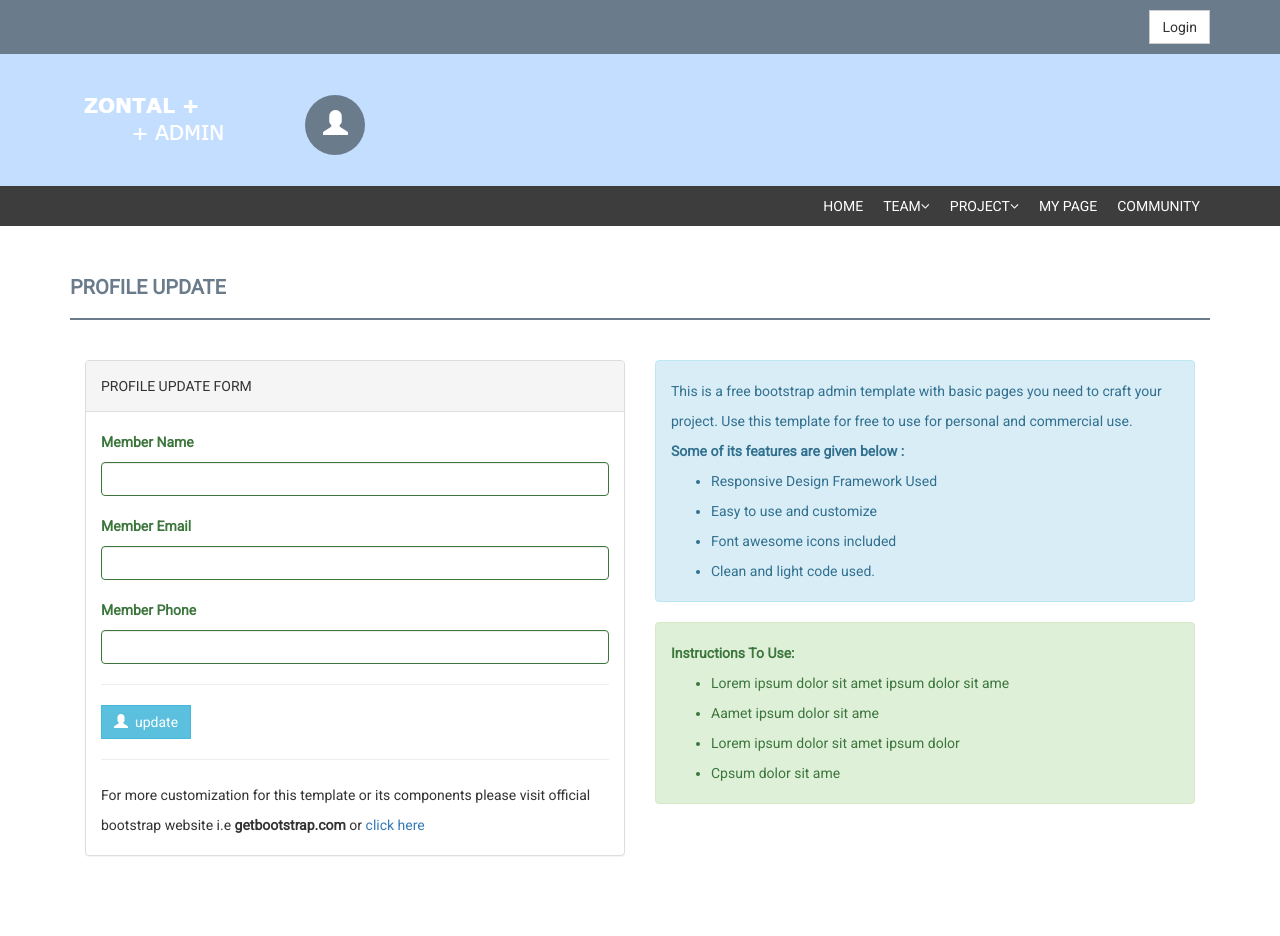
Repository: hwju91/skuniv
Page: http://localhost/0903.2/WEB-INF/jsp/mypage/profileupdateform.jsp
The author's editor kept a copy of each file at every save. The page is drawn from the files as they stood at one save, then again after the next save.
The browser window is 1280 px wide. The pictures show the whole page.
The page is served by Tomcat 9. Nobody is signed in. Other server files are loaded and not shown. The template is opened directly, without the code that normally fills it, so the values that code supplies are empty.

Above is the page before, as saved 2016-09-09 16:01:30.

### 0903.2/WebContent/WEB-INF/jsp/mypage/profileupdateform.jsp
<%@ page language="java" contentType="text/html; charset=UTF-8"
    pageEncoding="UTF-8"%>
    <%@taglib prefix="c" uri="http://java.sun.com/jsp/jstl/core"%>
<jsp:include page="../header_basic.jsp" />
<jsp:include page="../nav.jsp" />
<jsp:include page="../menu_mypage.jsp" />
<!DOCTYPE html PUBLIC "-//W3C//DTD HTML 4.01 Transitional//EN" "http://www.w3.org/TR/html4/loose.dtd">
<html>
<head>
<meta http-equiv="Content-Type" content="text/html; charset=UTF-8">
<title>Insert title here</title>
</head>
<body>

${member }
					<div class="row">
						<div class="col-md-12">
							<h4 class="page-head-line">profile update</h4>
						</div>
					</div>
			  					<div class="col-md-6">
			                        <div class="panel panel-default">
			                        <div class="panel-heading">
			                          PROFILE UPDATE FORM
			                        </div>
			                        <div class="panel-body">
                            			<form action="profileupdate" method="post">

                                        <div class="form-group has-success">
                                            <label class="control-label" for="success">Member Name</label>
                                            <input type="text" class="form-control" name="name" id="success" value="${member.name}"/>
                                        </div>
                                        <div class="form-group has-success">
                                            <label class="control-label" for="success">Member Email</label>
                                            <input type="text" class="form-control" name="email" id="success" value="${member.email}"/>
                                        </div>
                                        <div class="form-group has-success">
                                            <label class="control-label" for="success">Member Phone</label>
                                            <input type="text" class="form-control" name="phone" id="success" value="${member.phone}"/>
                                        </div>


                                        <hr/>
                                        <button type="submit" class="btn btn-info"><span class="glyphicon glyphicon-user"></span> &nbsp;update</button>&nbsp;
                                    </form>
                            <hr />



                            For more customization for this template or its components please
                             visit official bootstrap website i.e <strong> getbootstrap.com </strong> or
                            <a href="http://getbootstrap.com/css/#forms" target="_blank">click here</a>

                        </div>
                            </div>
                        </div>
                         <div class="col-md-6">
                    <div class="alert alert-info">
                        This is a free bootstrap admin template with basic pages you need to craft your project.
                        Use this template for free to use for personal and commercial use.
                        <br />
                         <strong> Some of its features are given below :</strong>
                        <ul>
                            <li>
                                Responsive Design Framework Used
                            </li>
                            <li>
                                Easy to use and customize
                            </li>
                            <li>
                                Font awesome icons included
                            </li>
                            <li>
                                Clean and light code used.
                            </li>
                        </ul>

                    </div>
                    <div class="alert alert-success">
                         <strong> Instructions To Use:</strong>
                        <ul>
                            <li>
                               Lorem ipsum dolor sit amet ipsum dolor sit ame
                            </li>
                            <li>
                                 Aamet ipsum dolor sit ame
                            </li>
                            <li>
                               Lorem ipsum dolor sit amet ipsum dolor
                            </li>
                            <li>
                                 Cpsum dolor sit ame
                            </li>
                        </ul>

                    </div>
                </div>

</body>
</html>

### 0903.2/WebContent/WEB-INF/jsp/header_basic.jsp
<%@ page language="java" contentType="text/html; charset=UTF-8"
    pageEncoding="UTF-8"%>
<!DOCTYPE html PUBLIC "-//W3C//DTD HTML 4.01 Transitional//EN" "http://www.w3.org/TR/html4/loose.dtd">
<html>
<head>
    <title>Winder</title>

    <link href="css/bootstrap.css" rel="stylesheet" />
    <link href="css/font-awesome.css" rel="stylesheet" />
    <link href="css/style.css" rel="stylesheet" />
    <!-- <link rel="stylesheet" href="https://cdnjs.cloudflare.com/ajax/libs/ionicons/2.0.1/css/ionicons.min.css"> -->

</head>
</head>

### 0903.2/WebContent/WEB-INF/jsp/nav.jsp
<%@ page language="java" contentType="text/html; charset=UTF-8"
    pageEncoding="UTF-8"%>
<body>
    <header>
        <div class="container">
            <div class="row">
                <div class="col-md-12">
                    <!-- <strong>Email: </strong>info@yourdomain.com
                    &nbsp;&nbsp;
                    <strong>Support: </strong>+90-897-678-44 -->
                    <%
                    if("loginok".equals((String)session.getAttribute("loginchk"))){
                    	%>
                    	<a class="btn btn-default" href="logout">Logout</a>
                    <%}
                    else{
                    %>
                    	<a class="btn btn-default" href="login">Login</a>
                    <% }%>

                </div>

            </div>
        </div>
    </header>
    <!-- HEADER END-->
    <div class="navbar navbar-inverse set-radius-zero">
        <div class="container">
            <div class="navbar-header">
                <button type="button" class="navbar-toggle" data-toggle="collapse" data-target=".navbar-collapse">
                    <span class="icon-bar"></span>
                    <span class="icon-bar"></span>
                    <span class="icon-bar"></span>
                </button>
                <a class="navbar-brand" href="index.html">
                    <img src="img/logo.png" />
                </a>

            </div>

            <div class="left-div">
                <div class="user-settings-wrapper">
                    <ul class="nav">

                        <li class="dropdown">
                            <a class="dropdown-toggle" data-toggle="dropdown" href="#" aria-expanded="false">
                                <span class="glyphicon glyphicon-user" style="font-size: 25px;"></span>
                            </a>
                            <div class="dropdown-menu dropdown-settings" style="color: #fff">
                                <div class="media">
                                    <a class="media-left" href="#">
                                        <img src="img/64-64.jpg" alt="" class="img-rounded" />
                                    </a>
                                    <div class="media-body">
                                        <h4 class="media-heading">Jhon Deo Alex </h4>
                                        <h5>Developer & Designer</h5>

                                    </div>
                                </div>
                                <hr />
                                <h5><strong>Personal Bio : </strong></h5>
                                Anim pariatur cliche reprehen derit.
                                <hr />
                                <a href="#" class="btn btn-info btn-sm">Full Profile</a>&nbsp; <a href="login.html" class="btn btn-danger btn-sm">Logout</a>

                            </div>
                        </li>


                    </ul>
                </div>
            </div>
        </div>
    </div>
    <!-- LOGO HEADER END-->

### 0903.2/WebContent/WEB-INF/jsp/menu_mypage.jsp
<%@ page language="java" contentType="text/html; charset=UTF-8"
    pageEncoding="UTF-8"%>
<%@taglib prefix="c"  uri="http://java.sun.com/jsp/jstl/core" %>
<section class="menu-section">
        <div class="container">
            <div class="row">
                <div class="col-md-12">
                    <div class="navbar-collapse collapse ">
                        <ul id="menu-top" class="nav navbar-nav navbar-right">
                            <li><a class="menu-top" href="home">Home</a></li>
                            <li class="dropdown">
                                <a href="#" class="dropdown-toggle" data-toggle="dropdown">Team<i class="fa fa-angle-down"></i></a>
                                <ul class="dropdown-menu">
                                    <li><a href="teamCreateform">팀 생성</a></li>
                                    <c:forEach items="${teammenu }" var="tmenu">
                                    <li><a href="projectlist?tno=${tmenu.tno }">${tmenu.name }</a></li>
                                    </c:forEach>
                                </ul>
                            </li>
                            <li class="dropdown">
                                <a href="#" class="dropdown-toggle" data-toggle="dropdown">Project<i class="fa fa-angle-down"></i></a>
                                <ul class="dropdown-menu">
                                    <li><a href="projectform">프로젝트 생성</a></li>
                                    <c:forEach items="${projectmenu }" var="pmenu">
                                    <li><a href="projectmain?pno=${pmenu.pno }">${pmenu.name }</a></li>
                                    </c:forEach>
                                </ul>
                            </li>
                             <li><a class="menu-top" href="mypage">My Page</a></li>
							 <li><a href="communitylist">Community</a></li>
                        </ul>
                    </div>
                </div>

            </div>
        </div>
    </section>
    <!-- MENU SECTION END-->
    <div class="content-wrapper">
        <div class="container">

### 0903.2/WebContent/css/style.css

/*=============================================================
    Authour URL: www.designbootstrap.com

    http://www.designbootstrap.com/

    License: MIT

    http://opensource.org/licenses/MIT

    100% Free To use For Personal And Commercial Use.

    IN EXCHANGE JUST TELL PEOPLE ABOUT THIS WEBSITE

========================================================  */


/* =============================================================
   GENERAL STYLES
 ============================================================ */

@import url(http://fonts.googleapis.com/css?family=Roboto); /* FREE GOOGLE FONT */

body {
    font-family: 'Roboto', sans-serif;
    line-height: 30px;
}

.set-radius-zero {
    border-radius: 0px;
    -moz-border-radius: 0px;
    -webkit-border-radius: 0px;
}

.content-wrapper {
    margin-top: 40px;
    min-height: 600px;
    padding-bottom: 60px;
}

.page-head-line {
    font-weight: 900;
    padding-bottom: 20px;
    border-bottom: 2px solid #6A7B8B;
    text-transform: uppercase;
    color: #6A7B8B;
    font-size: 20px;
    margin-bottom: 40px;
}

.btn {
    border-radius: 0px;
    -webkit-border-radius: 0px;
    -moz-border-radius: 0px;
}

.progress {
    height: 8px;
    border-radius: 0px;
    -webkit-border-radius: 0px;
    -moz-border-radius: 0px;
}
.login-icon {
    height: 60px;
width: 60px;
padding: 13px;
border-radius: 50%;
font-size: 30px;
margin-bottom: 20px;
color: #fff;
text-align: center;
cursor:pointer;
background-color:#6A7B8B;
-webkit-border-radius:50%;
    -moz-border-radius:50%;
}
/* =============================================================
   HEADER SECTION STYLES
 ============================================================ */
header {
    background-color: #6A7B8B;
    color: #fff;
    padding: 10px;
    text-align: right;
}


/* =============================================================
   LOGO SECTION STYLES
 ============================================================ */
.left-div {
    padding-left: 30px;
    margin-top: 40px;
    margin-bottom: 30px;
}

.navbar-brand {
    width: 250px;
    padding-top: 30px;
}

/* USER SETTINGS DIV */
.user-settings-wrapper .nav > li > a {
    position: relative;
    display: block;
    padding: 15px 18px;
    border-radius: 50%;
    -webkit-border-radius: 50%;
    -moz-border-radius: 50%;
    height: 60px;
    width: 60px;
    background-color: #6A7B8B;
    color: #fff;
}

.user-settings-wrapper {
    margin-top: 10px;
}

    .user-settings-wrapper li {
        display: inline-block;
    }

    .user-settings-wrapper .dropdown-settings {
        width: 200px;
        padding: 10px;
    }

    .user-settings-wrapper .nav > li > a:hover,.user-settings-wrapper .nav > li > a:focus {
        text-decoration: none;
        background-color: #C4DEFF!important;
    }

    .user-settings-wrapper img {
        height: 64px;
        width: 64px;
        border: 1px solid #000000;
    }

    .user-settings-wrapper .dropdown-menu {
        margin: 0px;
        border-radius: 0px!important;
        -moz-border-radius: 0px!important;
        -webkit-border-radius: 0px!important;
    }

    .user-settings-wrapper .btn {
        border-radius: 0px!important;
        -moz-border-radius: 0px!important;
        -webkit-border-radius: 0px!important;
    }

    .user-settings-wrapper .media-heading {
        padding-top: 10px;
    }

/* MENU LINKS SECTION*/

.menu-section {
    background-color: #3D3D3D;
}

#menu-top a {
    color: #FFF;
    text-decoration: none;
    font-weight: 500;
    padding: 10px 10px 10px 10px;
    text-transform: uppercase;
}

.menu-top-active {
    background-color: #C4DEFF;
}

.menu-section .nav > li > a:hover,.menu-section .nav > li > a:focus {
    background-color: #6A7B8B!important;
}

.menu-section .dropdown-menu > li > a:hover,.menu-section .dropdown-menu > li > a:focus {
    background-color: #6A7B8B!important;
}

.navbar-inverse {
    background-color: #C4DEFF;
    border-color: transparent;
}

.navbar-toggle {
    background-color: #6A7B8B;
    border: 1px solid #fff;
}

.navbar {
    margin-bottom: 0px;
}
/* =============================================================
   FOOTER SECTION STYLES
 ============================================================ */
footer {
    padding: 10px;
    color: #fff;
    font-size: 12px;
    background-color: #C4DEFF;
}

    footer a, footer a:hover {
        color: #fff;
        text-decoration: none;
    }

/*==============================================
    DASHBOARD  STYLES
 =============================================*/

/* DASHBOARD ICONS */

.bk-clr-one {
    background-color: #B9B739;
}

.bk-clr-two {
    background-color: #F94C4C;
}

.bk-clr-three {
    background-color: #119c7e;
}

.bk-clr-four {
    background-color: #b739b9;
}

.dashboard-div-icon {
    height: 75px;
    width: 75px;
    border: 2px solid #fff;
    padding: 20px;
    border-radius: 50%;
    -webkit-border-radius:50%;
    -moz-border-radius:50%;
    font-size: 30px;
    margin-bottom: 20px;
    color: #fff;
}

.dashboard-div-wrapper {
    border-radius: 5px;
    text-align: center;
    padding: 15px;
    color: #fff;
    margin-bottom: 50px;
}

    .dashboard-div-wrapper .progress {
        height: 2px;
    }

/* NOTICE BOARD */


.notice-board .panel {
    border-radius: 0px;
    -webkit-border-radius: 0px;
    -moz-border-radius: 0px;
}

.notice-board ul {
    padding-left: 0px;
    list-style: none;
}

.notice-board li {
    padding: 10px;
    border-bottom: 1px solid #E5E5E5;
}

    .notice-board li span {
        margin-right: 10px;
        border: 1px solid #DBDBDB;
        padding: 5px;
    }

    .notice-board li a, li a:hover {
        text-decoration: none;
        color: #000;
    }

/* SOCIAL BUTTONS */
.btn-social {
    color: white;
    opacity: 0.8;
}

    .btn-social:hover {
        color: white;
        opacity: 1;
        text-decoration: none;
    }

.btn-facebook {
    background-color: #3b5998;
}

.btn-twitter {
    background-color: #00aced;
}

.btn-linkedin {
    background-color: #0e76a8;
}

.btn-google {
    background-color: #c32f10;
}

Loaded but not shown: 0903.2/WebContent/css/bootstrap.css (library); 0903.2/WebContent/css/font-awesome.css (library)

After the next save:
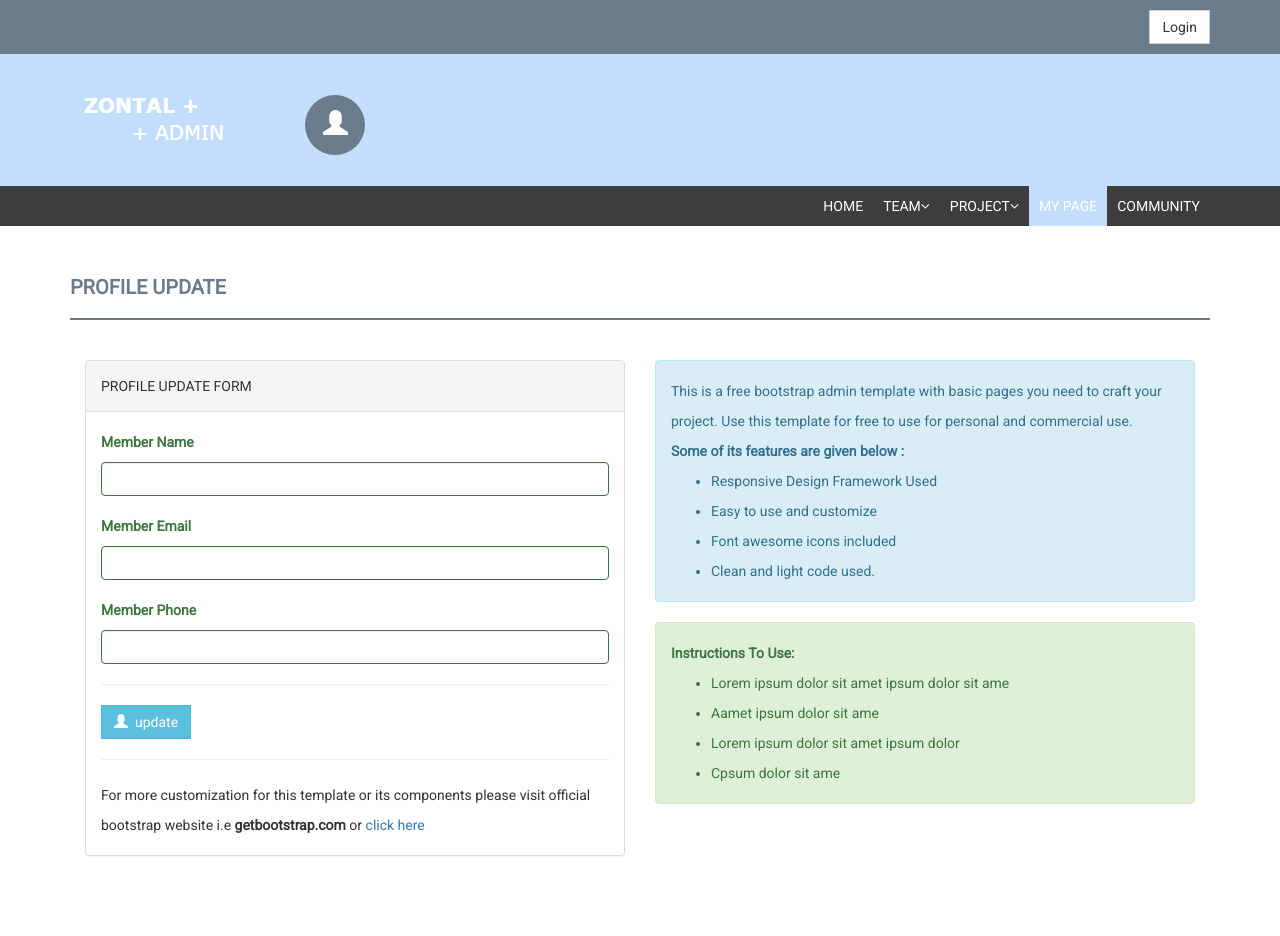
Saved 19 s later.
--- a/0903.2/WebContent/WEB-INF/jsp/menu_mypage.jsp
+++ b/0903.2/WebContent/WEB-INF/jsp/menu_mypage.jsp
@@ -26,7 +26,7 @@
                                     </c:forEach>
                                 </ul>
                             </li>
-                             <li><a class="menu-top" href="mypage">My Page</a></li>
+                             <li><a class="menu-top-active" href="mypage">My Page</a></li>
 							 <li><a href="communitylist">Community</a></li>
                         </ul>
                     </div>
